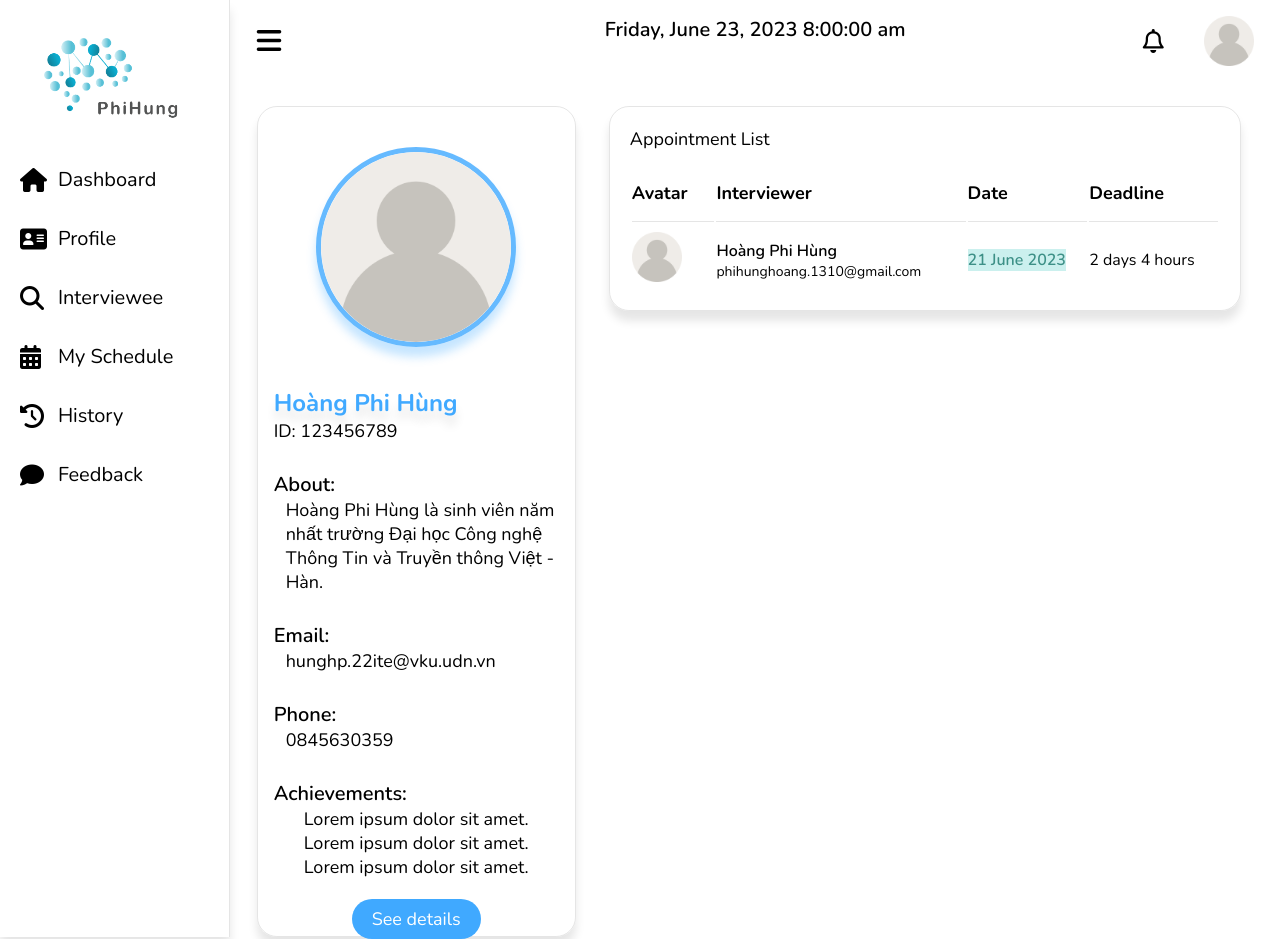
Repository: hphihungit/InterviewService
Page: interviewee.html
The author's editor kept a copy of each file at every save. The page is drawn from the files as they stood at one save, then again after the next save.
The browser window is 1280 px wide. The pictures show the whole page.

Above is the page before, as saved 2023-06-01 01:07:56.

After the next save:
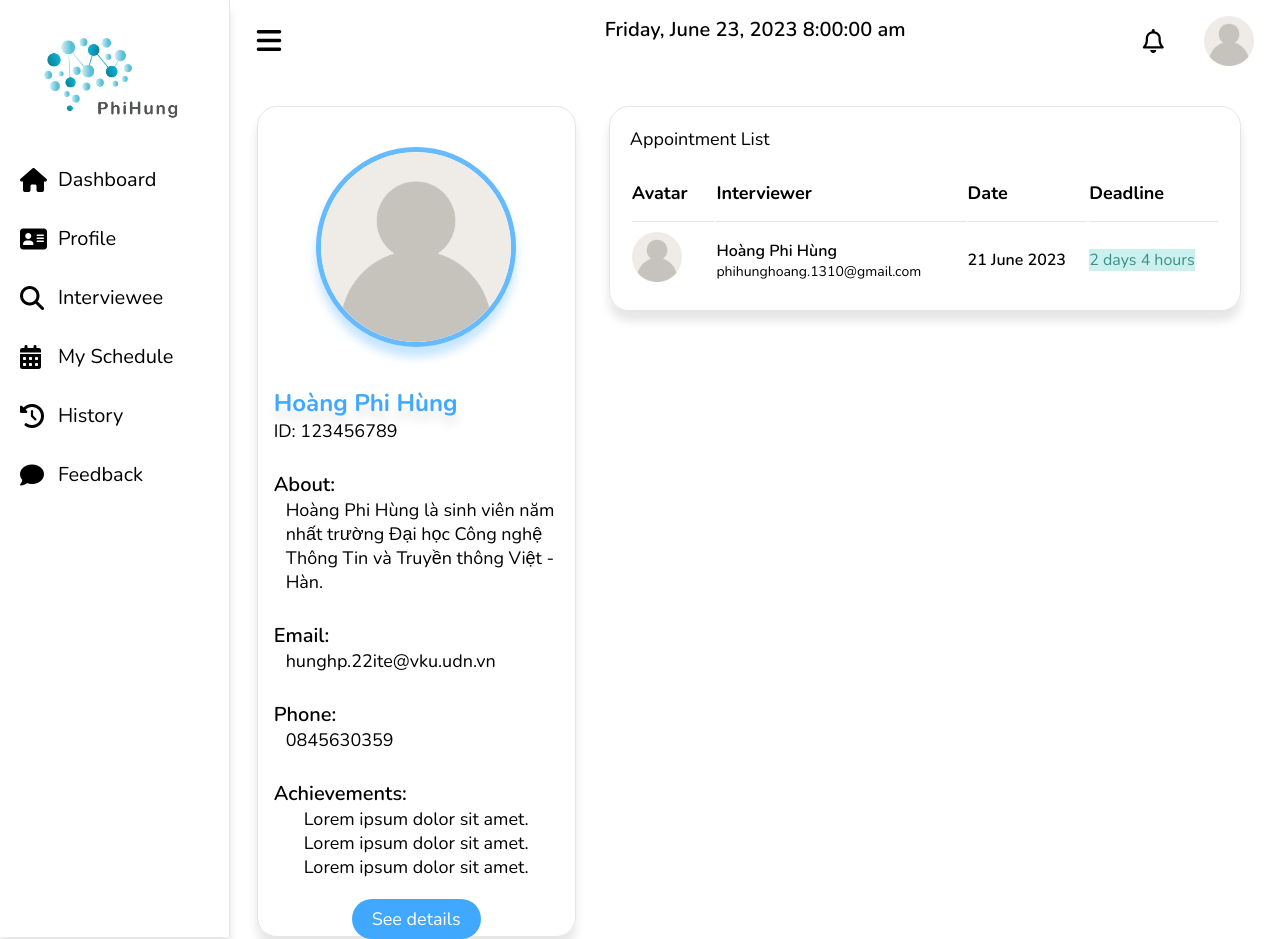
Saved 14 s later.
--- a/interviewee.html
+++ b/interviewee.html
@@ -141,10 +141,10 @@
                                         <p class="email">phihunghoang.1310@gmail.com</p>
                                     </td>
                                     <td>
-                                        <span class="date due">21 June 2023</span>
+                                        <span class="date">21 June 2023</span>
                                     </td>
                                     <td>
-                                        <span class="deadline">2 days 4 hours</span>
+                                        <span class="deadline due">2 days 4 hours</span>
                                     </td>
                                 </tr>
                             </tbody>
